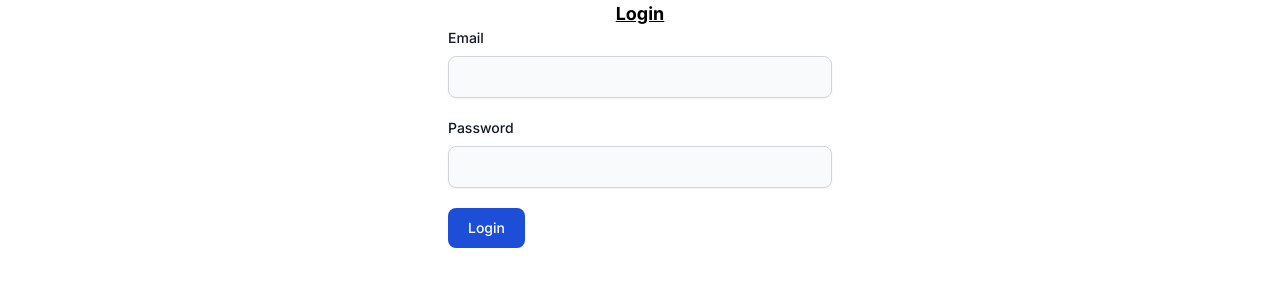
Repository: fatimash2123/next-todo
Page: /login
An editor plug-in stored every save of this project. The page is shown before and after the next save, followed by the edit.
The browser window is 1280 px wide. The pictures show the whole page.
The project was rebuilt for these pictures with package versions that can differ from the ones it lists, and the page was loaded fresh each time. The framework's server and built-in components were replaced by stand-ins that run in the browser. Also part of the build but not shown: next.config.mjs.

Above is the page before, as saved 2024-02-13 15:37:31.

After the next save:
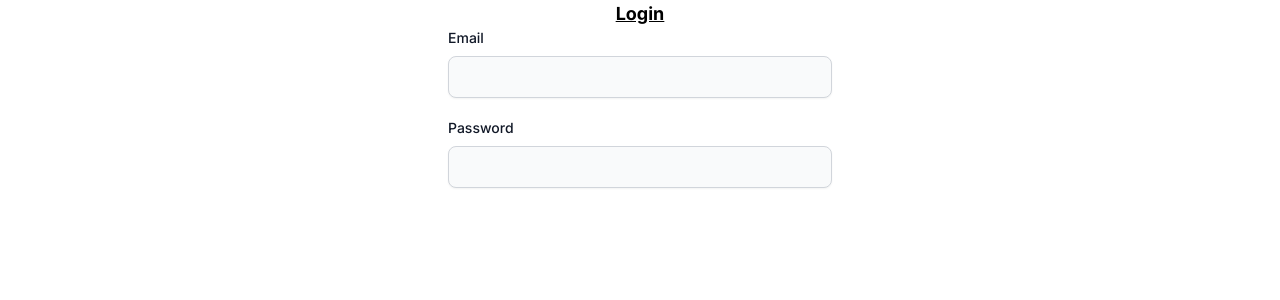
Saved 88 s later.
--- a/app/login/page.tsx
+++ b/app/login/page.tsx
@@ -10,7 +10,7 @@ export default function Register() {
       <form className="max-w-sm mx-auto">
         <Input title={"Email"} type={"email"} name={"email"} />
         <Input title={"Password"} type={"password"} name={"password"} />
-        <Button title={"Login"} handleOnClick={register} />
+        {/* <Button title={"Login"} handleOnClick={register} /> */}
       </form>
     </>
   );
